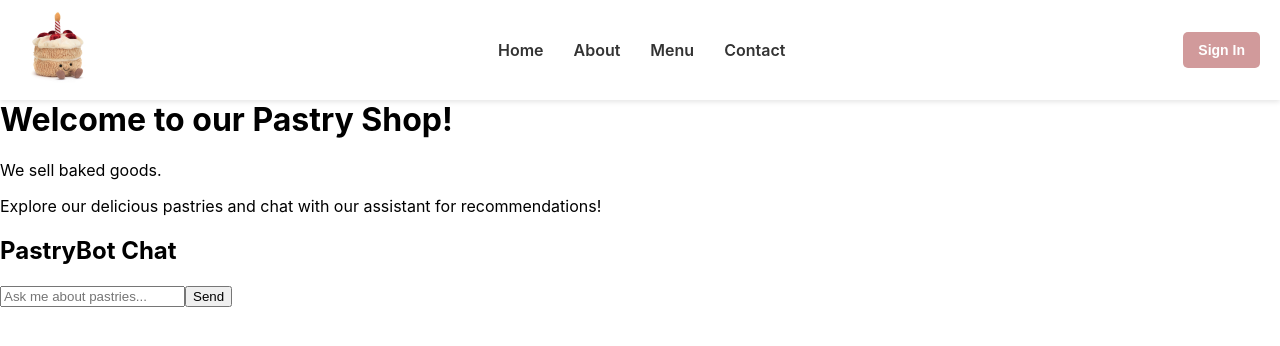
Repository: agrnerd17/Website-Chatbot
Page: / (app in pastry-chatbot/)
The author's editor kept a copy of each file at every save. The page is drawn from the files as they stood at one save, then again after the next save.
The browser window is 1280 px wide. The pictures show the whole page.
The project was rebuilt for these pictures with package versions that can differ from the ones it lists, and the page was loaded fresh each time. Also part of the build but not shown: pastry-chatbot/src/styles/Chatbot.css.

Above is the page before, as saved 2024-12-08 14:38:04.

After the next save:
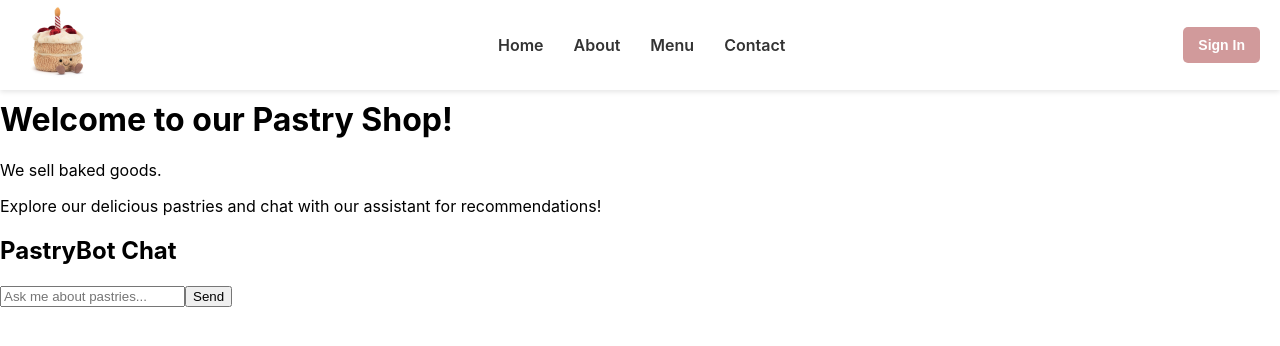
Saved 17 s later.
--- a/pastry-chatbot/src/styles/Navbar.css
+++ b/pastry-chatbot/src/styles/Navbar.css
@@ -1,5 +1,5 @@
 .navbar {
-    height: 100px;
+    height: 90px;
     display: flex;
     justify-content: space-between;
     align-items: center;
